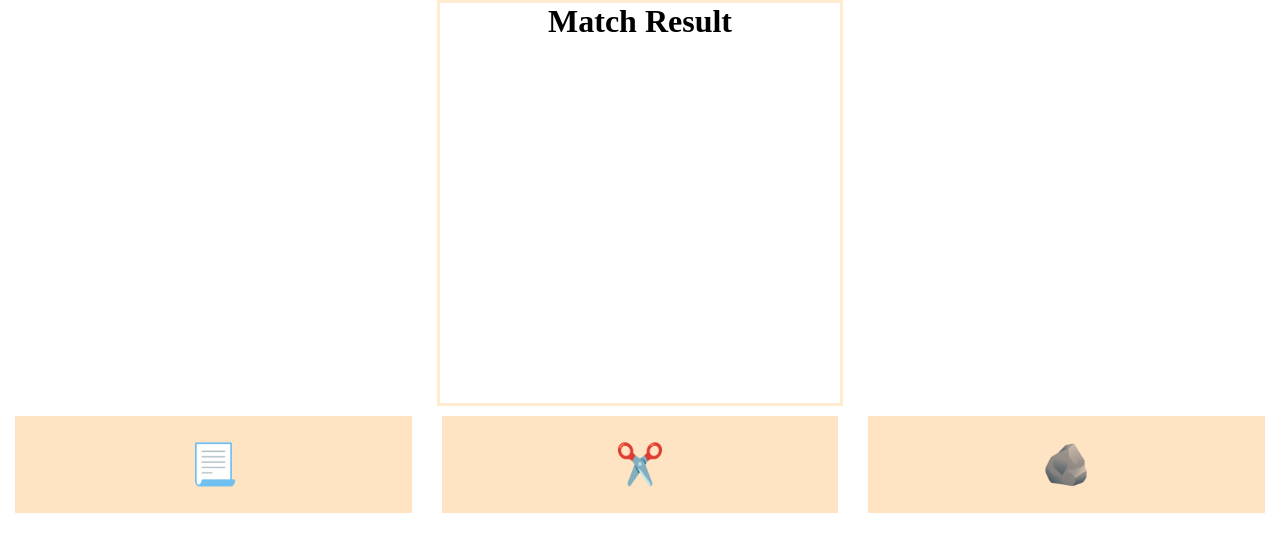
Repository: stevenxylver/mini-games
Page: index.html
An editor plug-in stored every save of this project. The page is shown before and after the next save, followed by the edit.
The browser window is 1280 px wide. The pictures show the whole page.
After loading, the first visible `div.option` was clicked once.

Above is the page before, as saved 2022-07-16 19:04:50.

### index.html
<!DOCTYPE html>
<html lang="en">

<head>
    <meta charset="UTF-8">
    <meta http-equiv="X-UA-Compatible" content="IE=edge">
    <meta name="viewport" content="width=device-width, initial-scale=1.0">
    <title>Mini games</title>
    <link rel="stylesheet" href="style.css"/>

</head>

<body>
    <div id="app">
        <div class="summary">
            <h1 class="title">Match Result</h1>
            <h1 id="inGame"></h1>
            <h1 id="result"></h1>
        </div>
        <div class="games">
                <div class="option" onclick="pickOption('📃')">📃</div>
                <div class="option" onclick="pickOption('✂️')">✂️</div>
                <div class="option" onclick="pickOption('🪨')">🪨</div>
            </div>
        </div>

        <script>

    class Start{
         constructor(){
        this.playerName="player"
        this.botName="Deabot"
        this.playerOption;
        this.botOption;
        this.winner=""
         }

        get getBotOption(){
            return this.botOption;
        }

        set setBotOption(option) {
            this.botOption = option;
        }

         get getPlayerOption(){
              return this.playerOption
         }

         set setPlayerOption(option){
              this.playerOption=option;
         }

         botBrain() {
            const option = ["📃","✂️","🪨"]
            const bot = option[Math.floor(Math.random() *option.length)];
            return bot;
        }

        winCalculation() {
            if(this.botOption == "📃" && this.playerOption == "✂️") {
                return this.winner =this.playerName
            } else if (this.botOption == "📃" && this.playerOption=="🪨"){
                return this.winner = this.botName;
            } else if (this.botOption == "✂️" && this.playerOption=="📃"){
                return this.winner = this.botName;
            } else if (this.botOption == "✂️" && this.playerOption=="🪨"){
                return this.winner = this.botName;
            } else if (this.botOption == "🪨" && this.playerOption=="📃"){
                return this.winner = this.botName;
            } else if (this.botOption == "🪨" && this.playerOption=="✂️"){
                return this.winner = this.botName;
            } else {
                return this.winner ="SERI"
            }
        }

        matchResult(){
            if (this.winner != "SERI") {
                return `${this.winner} Menang!`;
            } else{
                return `WAA ${this.winner}, Gak ada yang menang `;
            }
        }



    }
    function pickOption(params){
         const start= new Start();
         start.setPlayerOption = params;
         start.setBotOption = start.botBrain();
         start.winCalculation();
         console.log(`player: ${start.getPlayerOption} VS bot: ${start.getBotOption}`);
         console.log("hasil akhir: ", start.matchResult());

    }
    </script>
    </body>

    </html>

### style.css
:root {
    box-sizing: border-box;
}

html,
body,
*{
    margin: 0;
    padding: 0;
}

#app {
    height: 100vh;
}

.summary{
    margin: 0 auto;
    border:  3px solid blanchedalmond;
    width: 400px;
    height: 400px;
    text-align: center;
}

.games{
    display: flex;
    justify-content: center;
    align-items: center;

}

.option {
    width: 30%;
    margin: 10px 15px ;
    padding: 25px;
    text-align: center;
    font-size: 40px;
    background-color: bisque;
}

.option:hover{
    cursor:pointer;
    background-color: burlywood;
    transition:cubic-bezier(0.215,8.61,0.355,1)ease-in-out;
    transform:scale(110%);
    -webkit-transform: scale(110%);
    -moz-transform:scale(110%);
    -ms-transform:scale(110%);
    -o-transform:scale(110%);
    -webkit-transition:cubic-bezier(0.215,0.61,0.355,1)ease-in-out;
    -moz-transition:cubic-bezier(0.215,8.61,0.355,1)ease-in-out;
    -ms-transition:cubic-bezier(0.215,0.61,0.355,1)ease-in-out;
    -o-transition:cubic-bezier(0.215,0.61,0.355,1)ease-in-out;
}

After the next save:
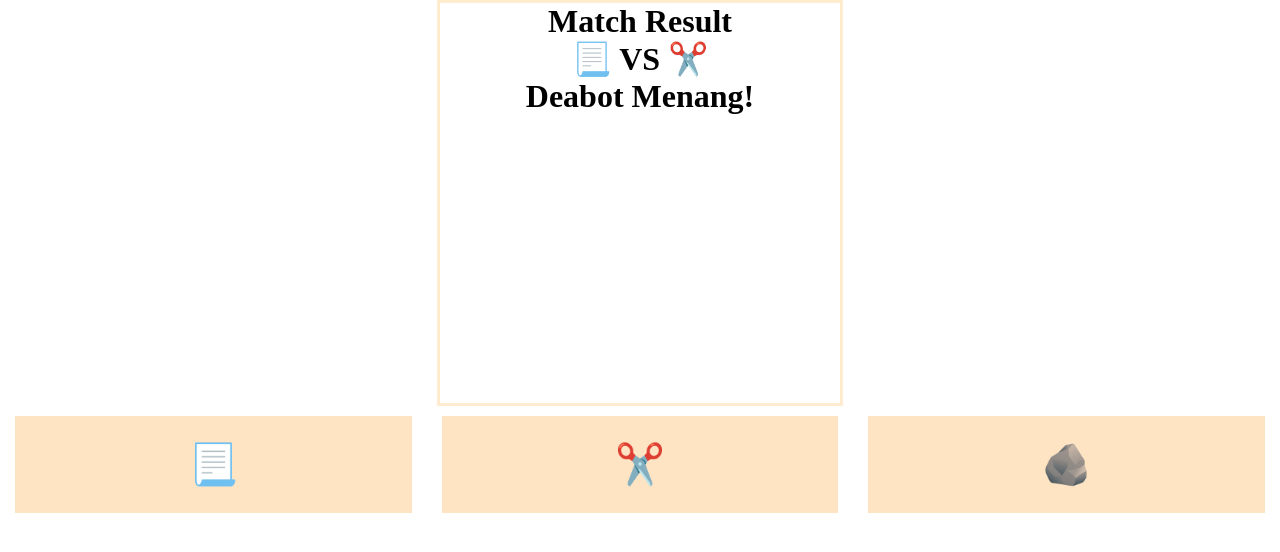
Saved 9 min 1 s later.
--- a/index.html
+++ b/index.html
@@ -86,14 +86,21 @@
 
 
     }
+
     function pickOption(params){
          const start= new Start();
          start.setPlayerOption = params;
          start.setBotOption = start.botBrain();
          start.winCalculation();
+
          console.log(`player: ${start.getPlayerOption} VS bot: ${start.getBotOption}`);
          console.log("hasil akhir: ", start.matchResult());
 
+         const inGame = document.getElementById("inGame");
+         const result = document.getElementById("result");
+
+        inGame.textContent = `${start.getPlayerOption} VS ${start.getBotOption}`
+        result.textContent = start.matchResult();
     }
     </script>
     </body>
